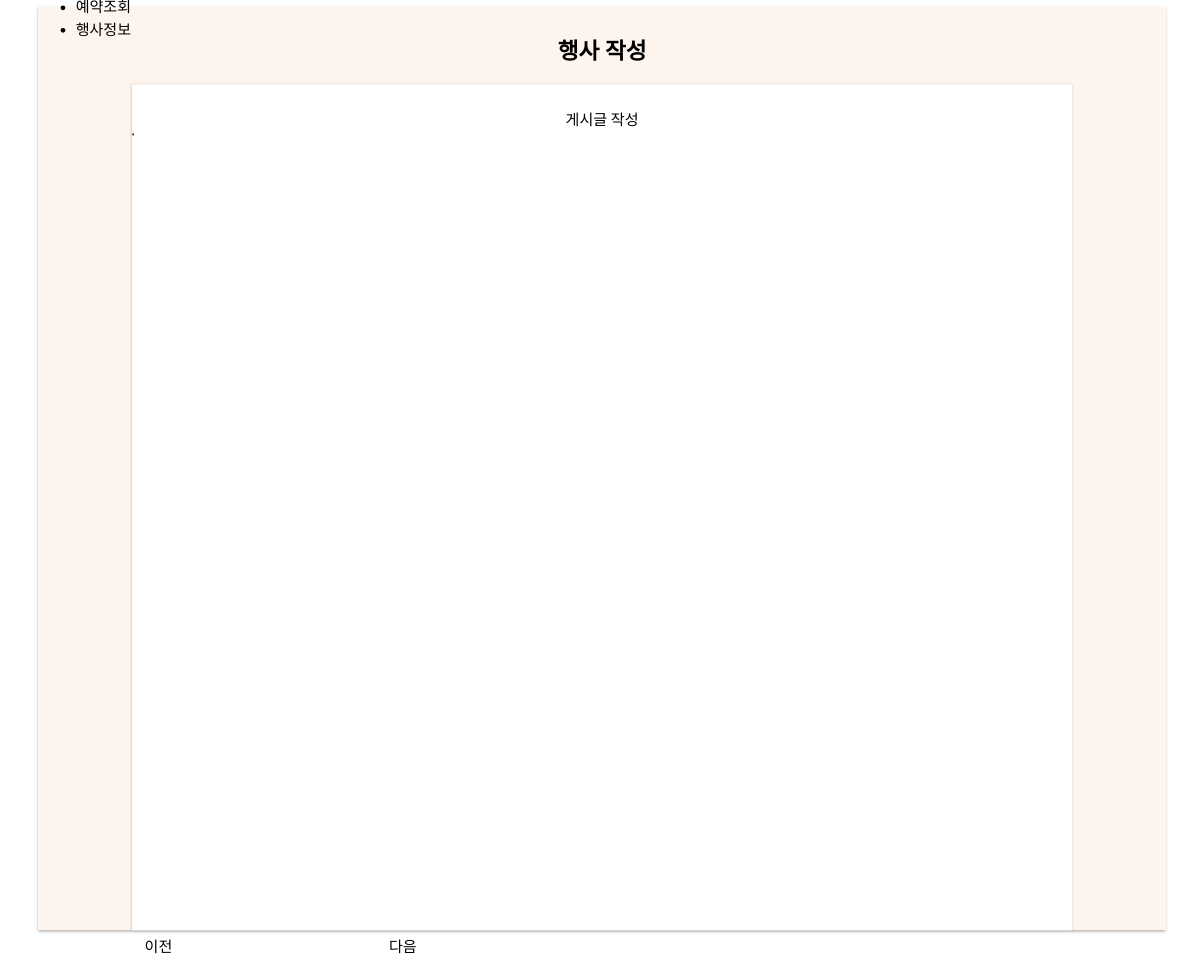
Repository: Changgyu1/Chang_Gu
Page: http://localhost/Project/EventPostingServlet
An editor plug-in stored every save of this project. The page is shown before and after the next save, followed by the edit.
The browser window is 1280 px wide. The pictures show the whole page, at 94% of full size.
Some web fonts or font styles are not loaded; a fallback is used. The page is served by Tomcat 9. Queries for data that is not in the repository find no rows.

Above is the page before, as saved 2023-11-13 15:21:28.

After the next save:
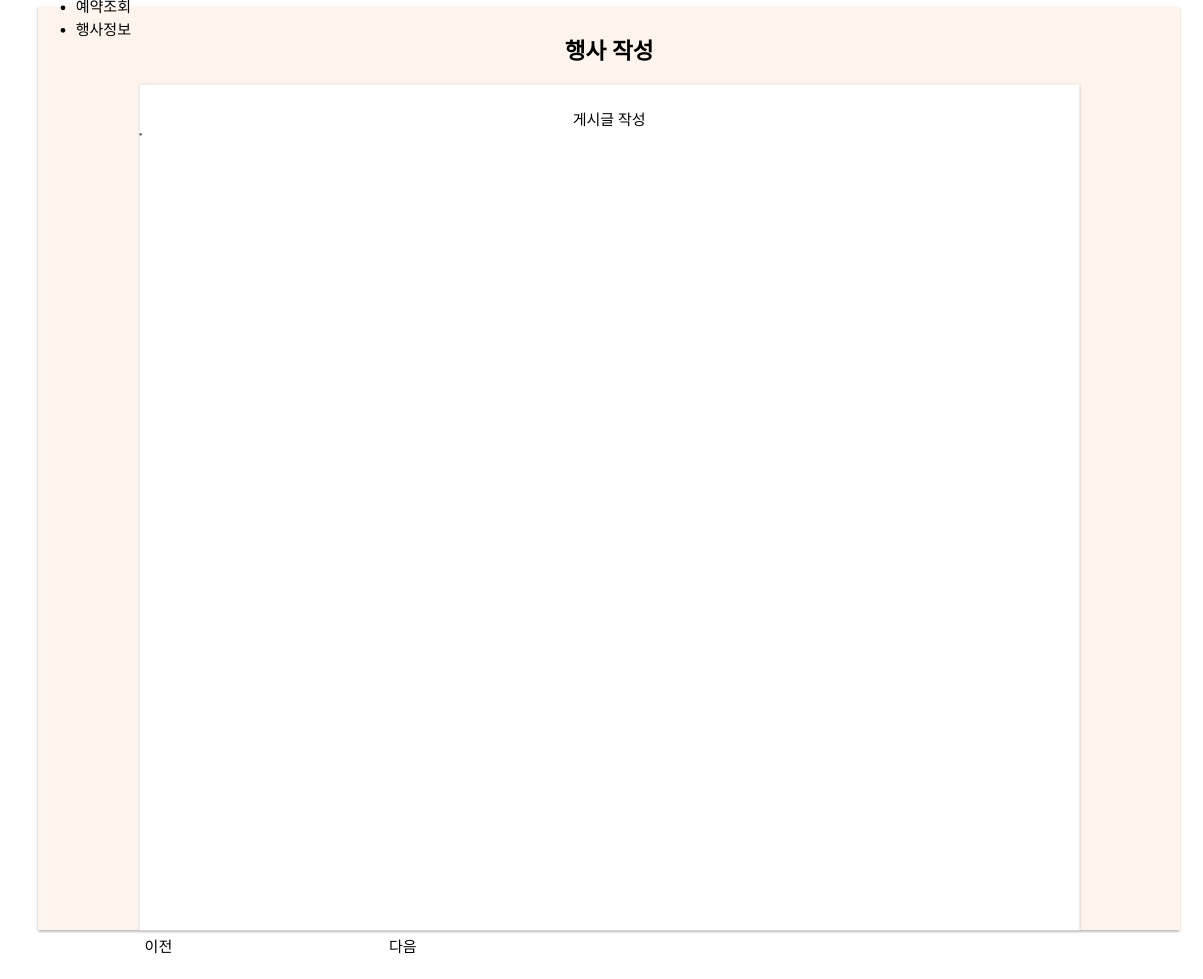
Saved 43 s later.
--- a/Project/src/main/webapp/css/event.css
+++ b/Project/src/main/webapp/css/event.css
@@ -61,7 +61,7 @@
     #background{
     	box-sizing: border-box;
         background-color:rgba(249, 220, 201, 0.326);
-        width: 1200px;
+        width: 100%;
         height: 100%;
         margin-top: 30px;
 
